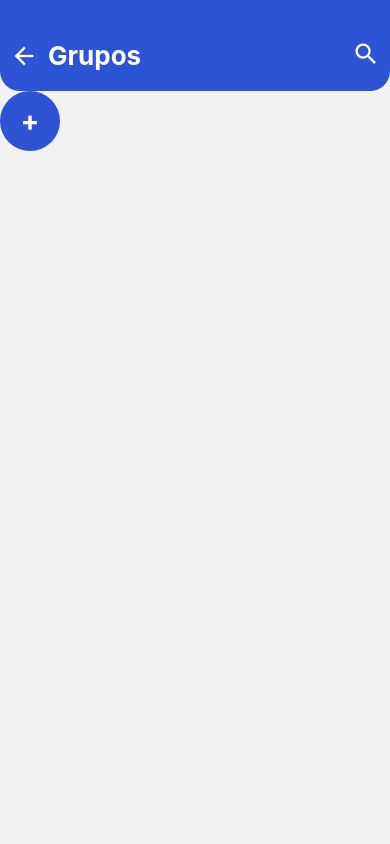
Repository: pheonix5/HeyChat
Screen: /
These files come from the project's save history. The screen is drawn as it stood at one moment and after the next save; the edit follows.
The app was drawn by React Native's web renderer in a window 390 px wide. The project was rebuilt for these pictures with package versions that can differ from the ones it lists, and the page was loaded fresh each time. Also part of the build but not shown: src/pages/SignIn/index.js.

Above is the screen before, as saved 2023-03-09 22:52:52.

After the next save:
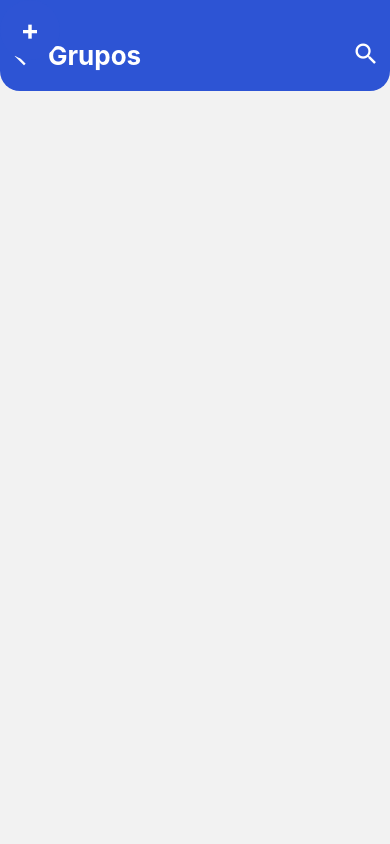
Saved 13 s later.
--- a/src/Components/FabButton/index.js
+++ b/src/Components/FabButton/index.js
@@ -19,7 +19,8 @@ const styles = StyleSheet.create({
     height: 60,
     borderRadius: 30,
     justifyContent: 'center',
-    alignItems: 'center'
+    alignItems: 'center',
+    position: 'absolute'
   },
   text:{
     fontSize: 28,
